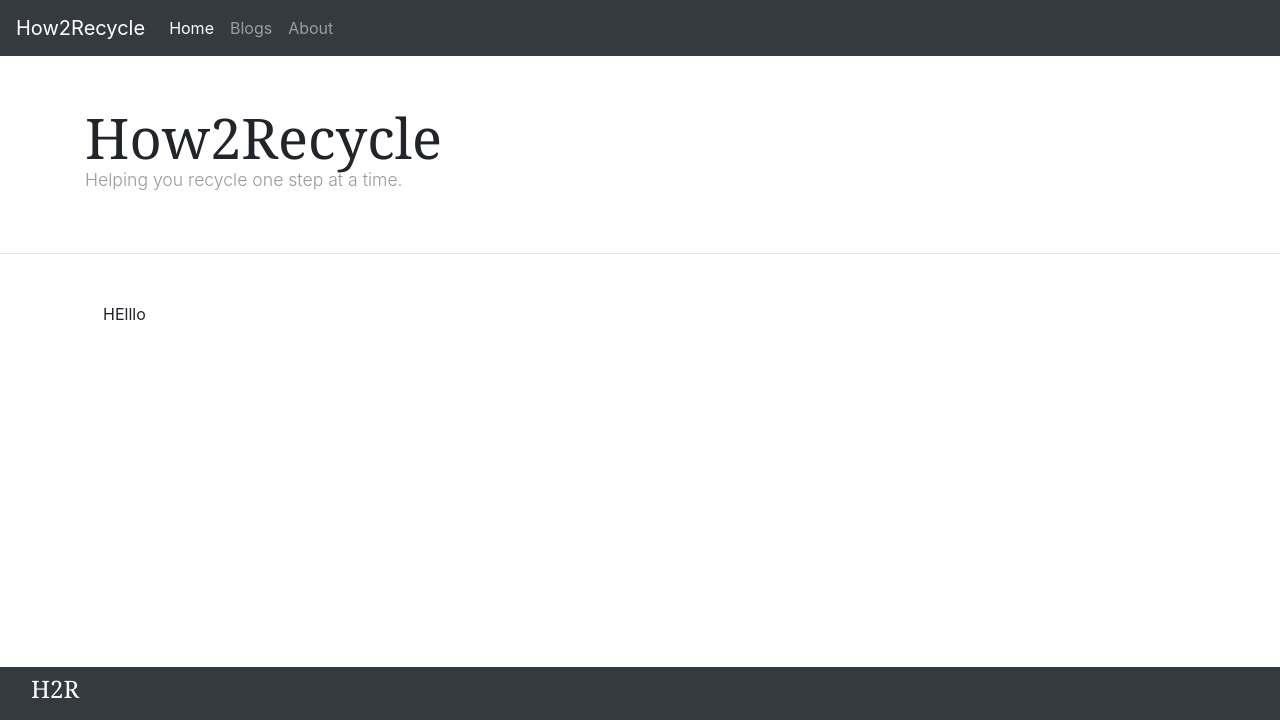
Repository: AshokSasi/CopyNPasta-Recycle-App
Page: http://localhost/about
These files come from the project's save history. The page is drawn as it stood at one moment and after the next save; the edit follows.
The browser window is 1280 px wide. The pictures show the whole page.
The page is served by the project's Laravel application, run on PHP 8.4 with Laravel 8. Other server files are loaded and not shown.

Above is the page before, as saved 2021-09-25 16:11:38.

### routes/web.php
<?php


Route::get('/','ItemsController@index');

Route::get('/home/{item}','ItemsController@show');

Route::get('/about',function(){
    return view ('about');
});

Route::get('/posts/index','PostsController@index');

Route::get('/posts/create','PostsController@create');

Route::post('/posts','PostsController@store');


Route::get('/posts/{post}','PostsController@show');

Route::post('/posts/{post}/comments','CommentsController@store');

### resources/views/about.blade.php
@extends('layouts.master')

@section('content')
<p>HElllo</p>


@endsection

### resources/views/layouts/master.blade.php

<!doctype html>
<html lang="en">
  <head>
    <meta charset="utf-8">
    <meta name="viewport" content="width=device-width, initial-scale=1, shrink-to-fit=no">
    <meta name="description" content="">
    <meta name="author" content="">
    <link rel="icon" href="/docs/4.0/assets/img/favicons/favicon.ico">

    <title>The Bootstrap Blog</title>

    <link rel="canonical" href="https://getbootstrap.com/docs/4.0/examples/album/">

    <!-- Bootstrap core CSS -->
    <link rel="stylesheet" href="https://maxcdn.bootstrapcdn.com/bootstrap/4.0.0/css/bootstrap.min.css"
    integrity="sha384-Gn5384xqQ1aoWXA+058RXPxPg6fy4IWvTNh0E263XmFcJlSAwiGgFAW/dAiS6JXm" crossorigin="anonymous">

    <!-- Custom styles for this template -->
    <link href="/css/app.css" rel="stylesheet">
  </head>

  <body>

    <header>


    @include('layouts.nav')


    </header>

<div class="container p-3 p-md-5">
  <div class="row">
    @yield('content')

  </div>

</div>
@include('layouts.footer')

    <!-- Bootstrap core JavaScript
    ================================================== -->
    <!-- Placed at the end of the document so the pages load faster -->

  </body>
</html>

### resources/views/layouts/nav.blade.php
<nav class="navbar navbar-expand-lg navbar-dark bg-dark">
  <a class="navbar-brand" href="/">How2Recycle</a>
  <button class="navbar-toggler" type="button" data-toggle="collapse" data-target="#navbarSupportedContent" aria-controls="navbarSupportedContent" aria-expanded="false" aria-label="Toggle navigation">
    <span class="navbar-toggler-icon"></span>
  </button>

  <div class="collapse navbar-collapse" id="navbarSupportedContent">
    <ul class="navbar-nav mr-auto">
      <li class="nav-item active">
        <a class="nav-link" href="/">Home <span class="sr-only">(current)</span></a>
      </li>
      <li class="nav-item">
        <a class="nav-link" href="/posts/index">Blogs</a>
      </li>
      <li class="nav-item">
        <a class="nav-link" href="/about">About</a>
      </li>


    </ul>

  </div>
</nav>

<div class="blog-header p-3 p-md-5">
  <div class="container">
    <h1 class="blog-title">How2Recycle</h1>
    <p class="lead blog-description">Helping you recycle one step at a time.</p>
  </div>
</div>

### resources/views/layouts/footer.blade.php
<nav class="navbar fixed-bottom navbar-dark bg-dark footer">
  <div class="container-fluid ">
    <h4 class="white-text">H2R</h4>
  </div>
</nav>

### public/css/app.css
/* stylelint-disable selector-list-comma-newline-after */

.blog-header {
    line-height: 1;
    border-bottom: 1px solid #e5e5e5;
  }

  .blog-header-logo {
    font-family: "Playfair Display", Georgia, "Times New Roman", serif;
    font-size: 2.25rem;
  }

  .blog-header-logo:hover {
    text-decoration: none;
  }

  h1,
  h2,
  h3,
  h4,
  h5,
  h6 {
    font-family: "Playfair Display", Georgia, "Times New Roman", serif;
  }

  .display-4 {
    font-size: 2.5rem;
  }

  @media (min-width: 768px) {
    .display-4 {
      font-size: 3rem;
    }
  }

  .nav-scroller {
    position: relative;
    z-index: 2;
    height: 2.75rem;
    overflow-y: hidden;
  }

  .nav-scroller .nav {
    display: -webkit-box;
    display: -ms-flexbox;
    display: flex;
    -ms-flex-wrap: nowrap;
    flex-wrap: nowrap;
    padding-bottom: 1rem;
    margin-top: -1px;
    overflow-x: auto;
    text-align: center;
    white-space: nowrap;
    -webkit-overflow-scrolling: touch;
  }

  .nav-scroller .nav-link {
    padding-top: .75rem;
    padding-bottom: .75rem;
    font-size: .875rem;
  }

  .card-img-right {
    height: 100%;
    border-radius: 0 3px 3px 0;
  }

  .flex-auto {
    -ms-flex: 0 0 auto;
    -webkit-box-flex: 0;
    flex: 0 0 auto;
  }

  .h-250 {
    height: 250px;
  }

  @media (min-width: 768px) {
    .h-md-250 {
      height: 250px;
    }
  }

  .border-top {
    border-top: 1px solid #e5e5e5;
  }

  .border-bottom {
    border-bottom: 1px solid #e5e5e5;
  }

  .box-shadow {
    -webkit-box-shadow: 0 0.25rem 0.75rem rgba(0, 0, 0, 0.05);
            box-shadow: 0 0.25rem 0.75rem rgba(0, 0, 0, 0.05);
  }

  /*
     * Blog name and description
     */

  .blog-title {
    margin-bottom: 0;
    font-size: 2rem;
    font-weight: 400;
  }

  .blog-description {
    font-size: 1.1rem;
    color: #999;
  }

  @media (min-width: 40em) {
    .blog-title {
      font-size: 3.5rem;
    }
  }

  /* Pagination */

  .blog-pagination {
    margin-bottom: 4rem;
  }

  .blog-pagination > .btn {
    border-radius: 2rem;
  }

  /*
     * Blog posts
     */

  .blog-post {
    margin-bottom: 4rem;
  }

  .blog-post-title {
    margin-bottom: .25rem;
    font-size: 2.5rem;
  }

  .blog-post-meta {
    margin-bottom: 1.25rem;
    color: #999;
  }

  /*
     * Footer
     */

  .blog-footer {
    padding: 2.5rem 0;
    color: #999;
    text-align: center;
    background-color: #f9f9f9;
    border-top: .05rem solid #e5e5e5;
  }

  .blog-footer p:last-child {
    margin-bottom: 0;
  }

/* stylelint-disable selector-list-comma-newline-after */

.blog-header {
    line-height: 1;
    border-bottom: 1px solid #e5e5e5;
  }

  .blog-header-logo {
    font-family: "Playfair Display", Georgia, "Times New Roman", serif;
    font-size: 2.25rem;
  }

  .blog-header-logo:hover {
    text-decoration: none;
  }

  h1,
  h2,
  h3,
  h4,
  h5,
  h6 {
    font-family: "Playfair Display", Georgia, "Times New Roman", serif;
  }

  .display-4 {
    font-size: 2.5rem;
  }

  @media (min-width: 768px) {
    .display-4 {
      font-size: 3rem;
    }
  }

  .nav-scroller {
    position: relative;
    z-index: 2;
    height: 2.75rem;
    overflow-y: hidden;
  }

  .nav-scroller .nav {
    display: -webkit-box;
    display: -ms-flexbox;
    display: flex;
    -ms-flex-wrap: nowrap;
    flex-wrap: nowrap;
    padding-bottom: 1rem;
    margin-top: -1px;
    overflow-x: auto;
    text-align: center;
    white-space: nowrap;
    -webkit-overflow-scrolling: touch;
  }

  .nav-scroller .nav-link {
    padding-top: .75rem;
    padding-bottom: .75rem;
    font-size: .875rem;
  }

  .card-img-right {
    height: 100%;
    border-radius: 0 3px 3px 0;
  }

  .flex-auto {
    -ms-flex: 0 0 auto;
    -webkit-box-flex: 0;
    flex: 0 0 auto;
  }

  .h-250 {
    height: 250px;
  }

  @media (min-width: 768px) {
    .h-md-250 {
      height: 250px;
    }
  }

  .border-top {
    border-top: 1px solid #e5e5e5;
  }

  .border-bottom {
    border-bottom: 1px solid #e5e5e5;
  }

  .box-shadow {
    -webkit-box-shadow: 0 0.25rem 0.75rem rgba(0, 0, 0, 0.05);
            box-shadow: 0 0.25rem 0.75rem rgba(0, 0, 0, 0.05);
  }

  /*
     * Blog name and description
     */

  .blog-title {
    margin-bottom: 0;
    font-size: 2rem;
    font-weight: 400;
  }

  .blog-description {
    font-size: 1.1rem;
    color: #999;
  }

  @media (min-width: 40em) {
    .blog-title {
      font-size: 3.5rem;
    }
  }

  /* Pagination */

  .blog-pagination {
    margin-bottom: 4rem;
  }

  .blog-pagination > .btn {
    border-radius: 2rem;
  }

  /*
     * Blog posts
     */

  .blog-post {
    margin-bottom: 4rem;
  }

  .blog-post-title {
    margin-bottom: .25rem;
    font-size: 2.5rem;
  }

  .blog-post-meta {
    margin-bottom: 1.25rem;
    color: #999;
  }

  /*
     * Footer
     */

  .blog-footer {
    padding: 2.5rem 0;
    color: #999;
    text-align: center;
    background-color: #f9f9f9;
    border-top: .05rem solid #e5e5e5;
  }

  .blog-footer p:last-child {
    margin-bottom: 0;
  }
  .red-text{
    color:red;
  }
  .white-text{
    color:white;
  }

  /* ============================================================================================== */

After the next save:
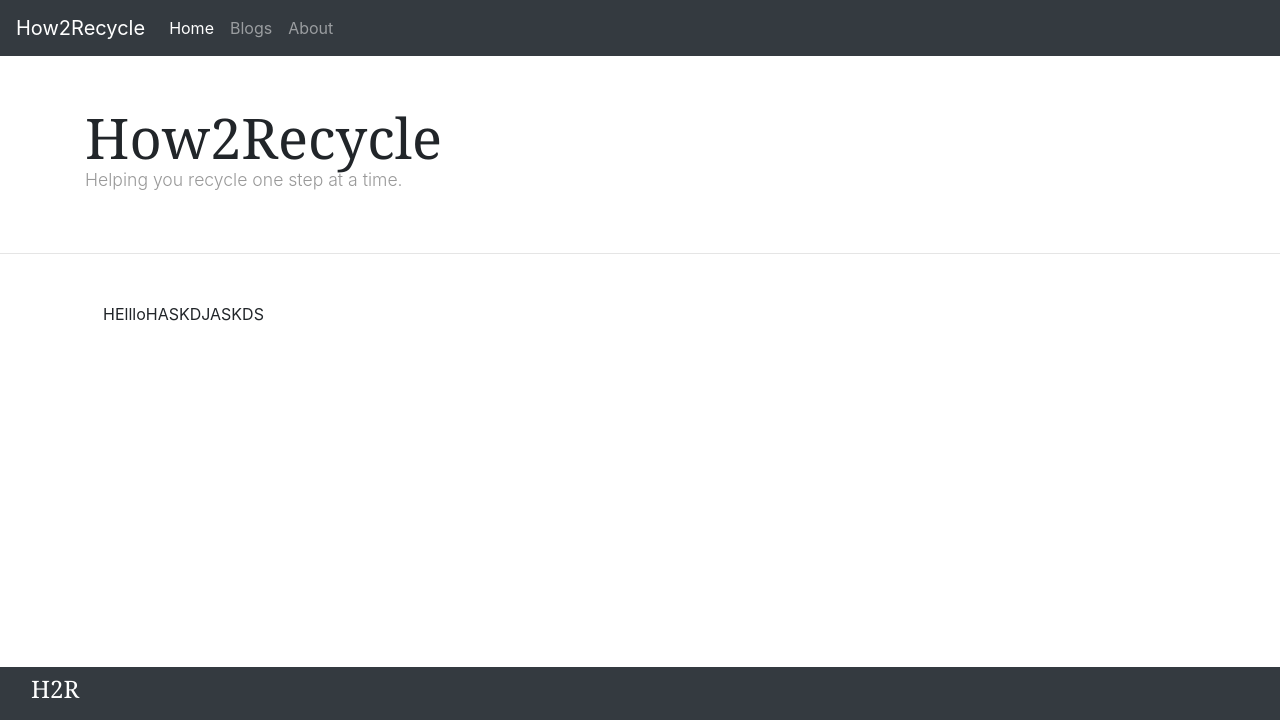
Saved 12 s later.
--- a/resources/views/about.blade.php
+++ b/resources/views/about.blade.php
@@ -2,6 +2,7 @@
 
 @section('content')
 <p>HElllo</p>
+<p>HASKDJASKDS</p>
 
 
 @endsection
